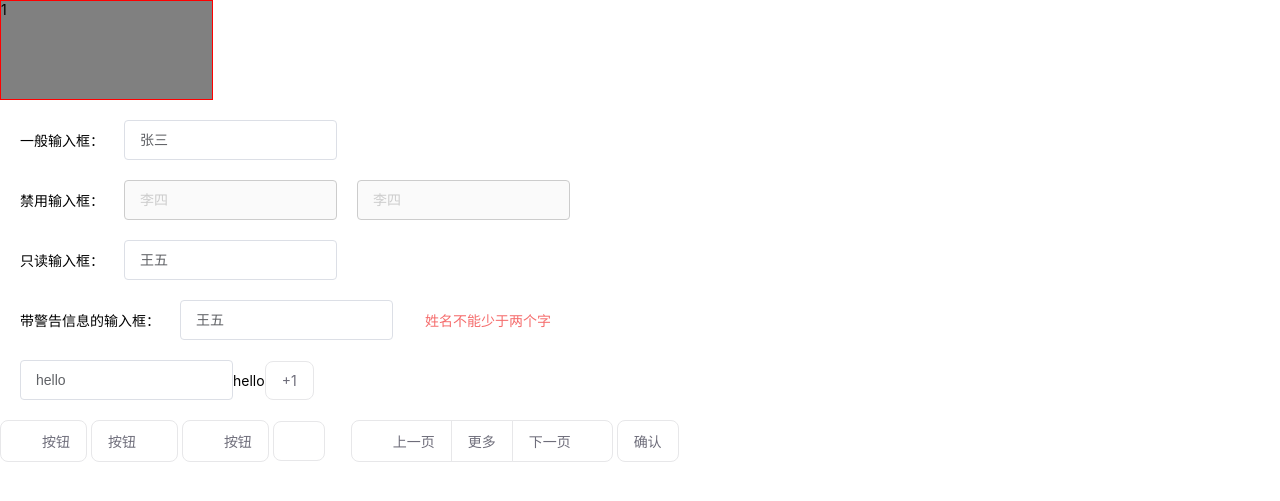
Repository: NansenHo/yellow-ui
Page: /
These files come from the project's save history. The page is drawn as it stood at one moment and after the next save; the edit follows.
The browser window is 1280 px wide. The pictures show the whole page.
The project was rebuilt for these pictures with package versions that can differ from the ones it lists, and the page was loaded fresh each time. Also part of the build but not shown: src/svg.js.

Above is the page before, as saved 2022-01-02 12:23:14.

After the next save:
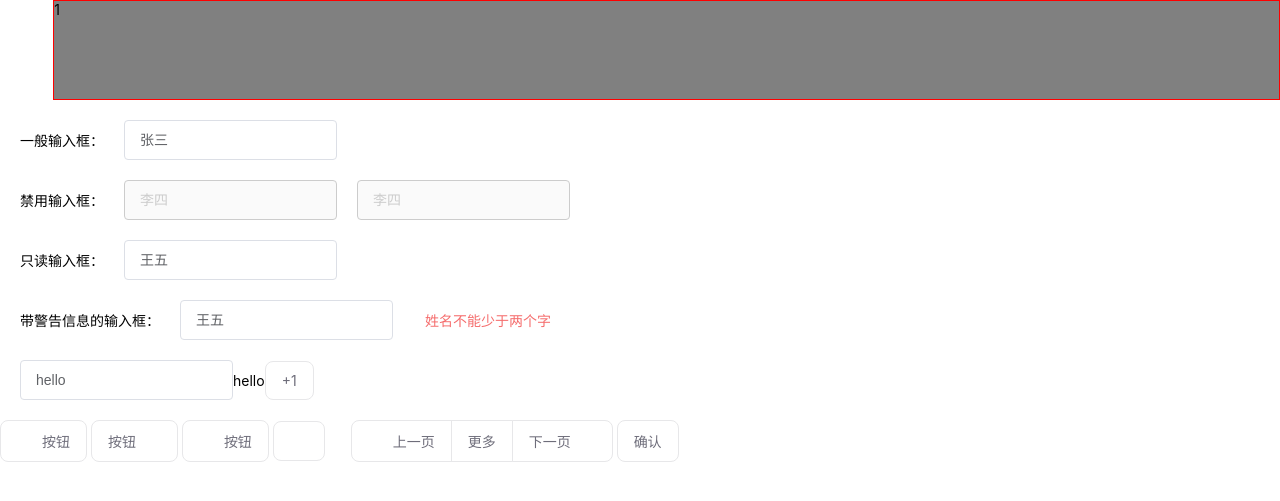
Saved 118 s later.
--- a/src/y-col.vue
+++ b/src/y-col.vue
@@ -67,11 +67,11 @@ export default {
           if (!devices) {
             array.push(`col-${obj.span}`);
           } else {
-            array.push(`col-${devices}-${obj.span}`);
+            array.push(`col-${devices}${obj.span}`);
           }
         }
         if (obj.offset) {
-          array.push(`offset-${devices}-${obj.offset}`);
+          array.push(`offset-${devices}${obj.offset}`);
         }
         if (obj.align) {
           array.push(`align-${devices}-${obj.align}`);
